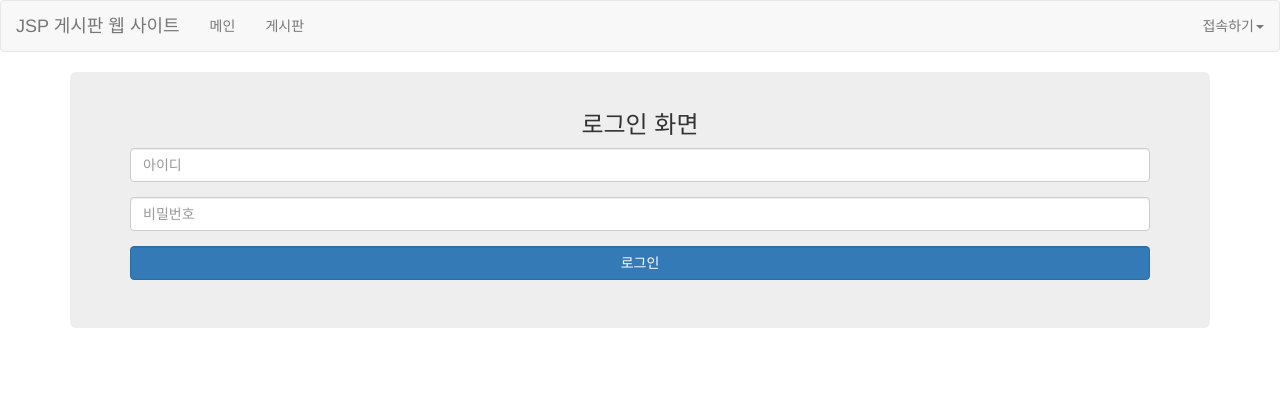
Repository: seung-kook/JSPBBS
Page: http://localhost/BBS/login.jsp
The author's editor kept a copy of each file at every save. The page is drawn from the files as they stood at one save, then again after the next save.
The browser window is 1280 px wide. The pictures show the whole page.
Some web libraries are served in a nearby version. The page is served by Tomcat 9.

Above is the page before, as saved 2022-02-01 03:52:35.

After the next save:
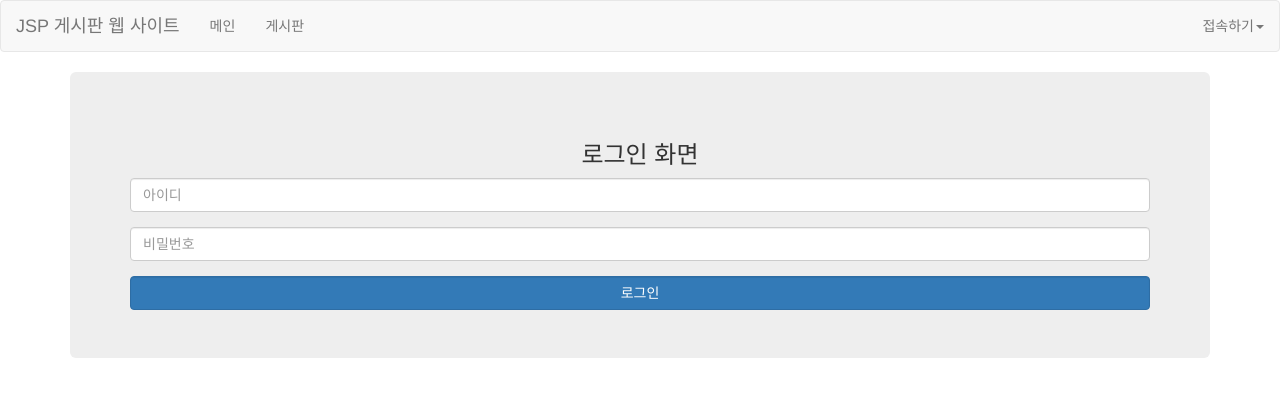
Saved 13 s later.
--- a/BBS/src/main/webapp/login.jsp
+++ b/BBS/src/main/webapp/login.jsp
@@ -41,7 +41,7 @@
 	<div class="container">
 		<div class="col-lg-4"></div>
 		<div class="col-lg-4"></div>
-			<div class="jumbotron" style="padding-top: 20px">
+			<div class="jumbotron" style="padding-top: 50px">
 				<form method="post" action="loginAction.jsp">
 					<h3 style="text-align: center;">로그인 화면</h3>
 					<div class="form-group">

After the save that followed:
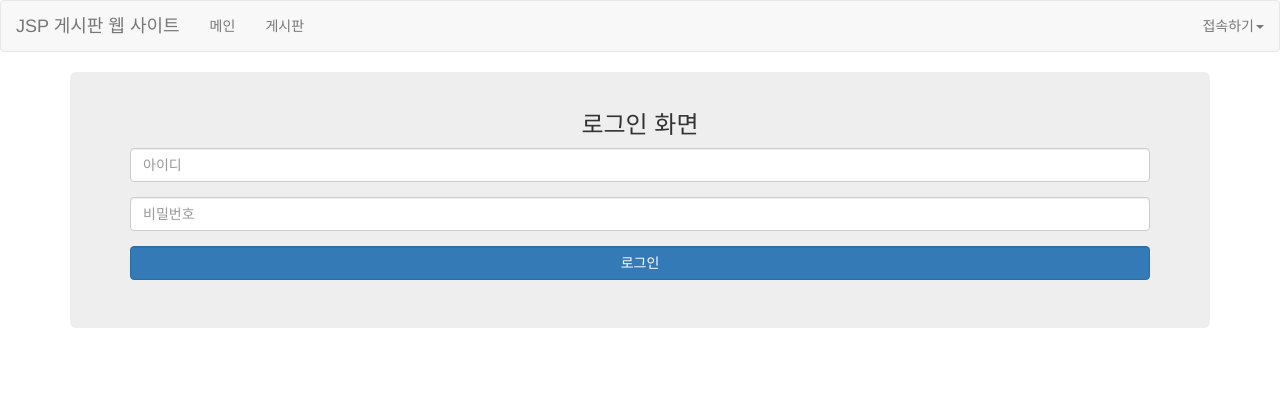
Saved 27 s later.
--- a/BBS/src/main/webapp/login.jsp
+++ b/BBS/src/main/webapp/login.jsp
@@ -41,7 +41,7 @@
 	<div class="container">
 		<div class="col-lg-4"></div>
 		<div class="col-lg-4"></div>
-			<div class="jumbotron" style="padding-top: 50px">
+			<div class="jumbotron" style="padding-top: 20px">
 				<form method="post" action="loginAction.jsp">
 					<h3 style="text-align: center;">로그인 화면</h3>
 					<div class="form-group">
